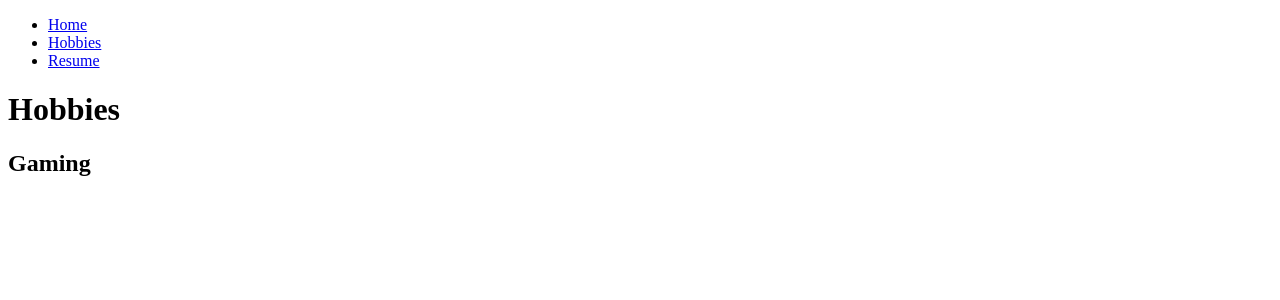
Repository: rishondass/ITMD361-Project1
Page: hobbies.html
The author's editor kept a copy of each file at every save. The page is drawn from the files as they stood at one save, then again after a run of saves.
The browser window is 1280 px wide. The pictures show the whole page.

Above is the page before, as saved 2023-02-22 15:04:38.

After the next 2 saves:
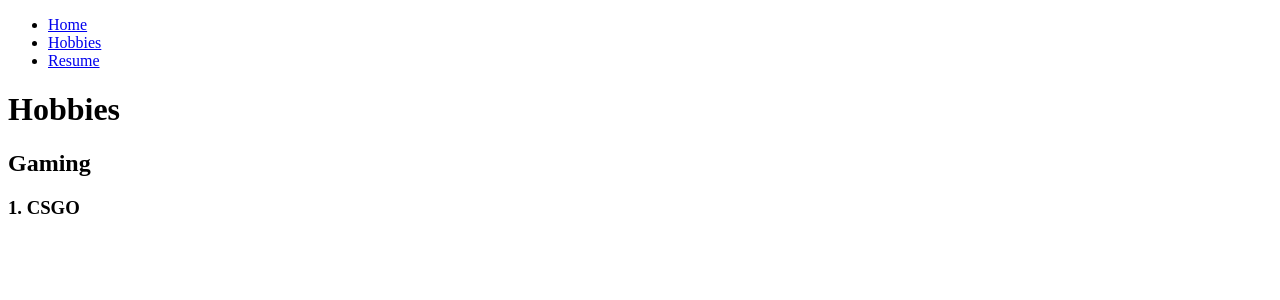
The 2 saves are shown as one change because they came seconds apart.
The last was saved 6 s later.
--- a/hobbies.html
+++ b/hobbies.html
@@ -25,7 +25,8 @@
             Gaming
         </h2>
         <h3>
-
+            1. CSGO
+            <img src="" alt="">
         </h3>
     </div>
 </body>
